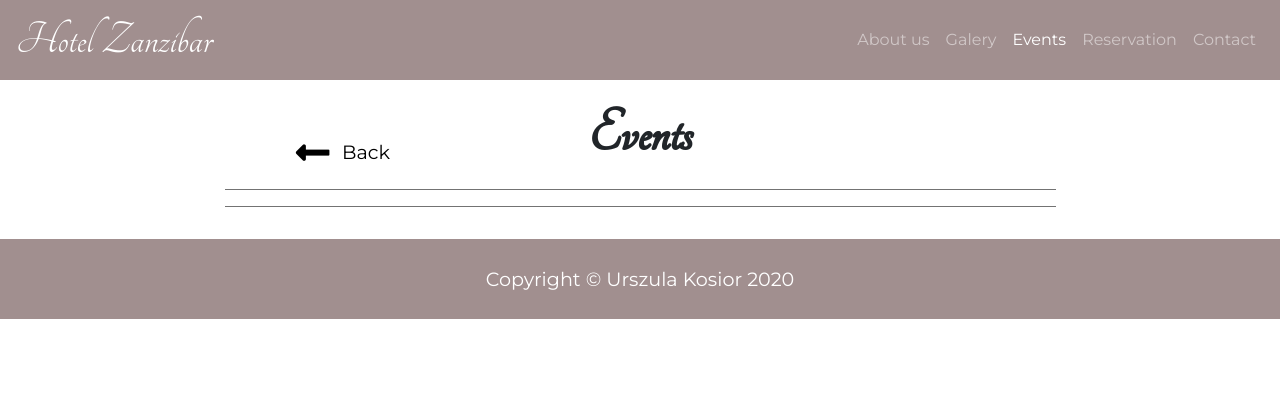
Repository: Ulaa93/Hotel-Zanzibar
Page: events.html
An editor plug-in stored every save of this project. The page is shown before and after the next save, followed by the edit.
The browser window is 1280 px wide. The pictures show the whole page.

Above is the page before, as saved 2020-01-28 15:54:28.

### events.html
<!DOCTYPE html>
<html lang="en">
  <head>
    <meta charset="UTF-8" />
    <meta name="viewport" content="width=device-width, initial-scale=1.0" />
    <meta http-equiv="X-UA-Compatible" content="ie=edge" />
    <title>Hotel Zanzibar</title>
    <link rel="icon" href="./ikona.ico" />

    <link
      href="https://fonts.googleapis.com/css?family=Montserrat|Tangerine&display=swap"
      rel="stylesheet"
    />
    <link href="./fontawesome-free-5.12.0-web/css/all.css" rel="stylesheet"> <!--load all styles -->

    <link
      rel="stylesheet"
      href="https://stackpath.bootstrapcdn.com/bootstrap/4.4.1/css/bootstrap.min.css"
      integrity="sha384-Vkoo8x4CGsO3+Hhxv8T/Q5PaXtkKtu6ug5TOeNV6gBiFeWPGFN9MuhOf23Q9Ifjh"
      crossorigin="anonymous"
    />
    <link rel="stylesheet" href="style.css" />
    <script src="https://unpkg.com/scrollreveal"></script>

  </head>
  <body>
    <nav class="navbar sticky-top navbar-expand-lg navbar-dark">
        <a class="navbar-brand hotel-zanzibar" href="./index.html">Hotel Zanzibar</a>
        <button
          class="navbar-toggler"
          type="button"
          data-toggle="collapse"
          data-target="#navbarNavDropdown"
          aria-controls="navbarNavDropdown"
          aria-expanded="false"
          aria-label="Toggle navigation"
        >
          <span class="navbar-toggler-icon"></span>
        </button>
        <div
          class="collapse navbar-collapse w-100 order-3 dual-collapse2"
          id="navbarNavDropdown"
        >
          <ul class="navbar-nav ml-auto">
            <li class="nav-item ">
              <a class="nav-link" href="./about-us.html">About us </a>
            </li>
            <li class="nav-item">
              <a class="nav-link" href="./galery.html">Galery</a>
            </li>
            <li class="nav-item active">
              <a class="nav-link" href="./events.html">Events</a>
            </li>
            <li class="nav-item">
                <a class="nav-link" href="./reservation.html">Reservation</a>
            </li>
            <li class="nav-item">
              <a class="nav-link" href="./contact.html">Contact</a>
            </li>
          </ul>
        </div>
      </nav>


<div class="back">
    <a href="./index.html"><i class="fas fa-long-arrow-alt-left"></i> Back</a>
   </div>
    <section class="container p-3">
      <h2>Events</h2>
      <hr />
      <hr />


    </section>
    <footer>
        <div>Copyright &copy; Urszula Kosior 2020</div>
      </footer>

    <script
      src="https://code.jquery.com/jquery-3.4.1.slim.min.js"
      integrity="sha384-J6qa4849blE2+poT4WnyKhv5vZF5SrPo0iEjwBvKU7imGFAV0wwj1yYfoRSJoZ+n"
      crossorigin="anonymous"
    ></script>
    <script
      src="https://cdn.jsdelivr.net/npm/popper.js@1.16.0/dist/umd/popper.min.js"
      integrity="sha384-Q6E9RHvbIyZFJoft+2mJbHaEWldlvI9IOYy5n3zV9zzTtmI3UksdQRVvoxMfooAo"
      crossorigin="anonymous"
    ></script>
    <script
      src="https://stackpath.bootstrapcdn.com/bootstrap/4.4.1/js/bootstrap.min.js"
      integrity="sha384-wfSDF2E50Y2D1uUdj0O3uMBJnjuUD4Ih7YwaYd1iqfktj0Uod8GCExl3Og8ifwB6"
      crossorigin="anonymous"
    ></script>
  </body>
</html>

### style.css
* {
  padding: 0;
  margin: 0;
  font-family: 'Montserrat', sans-serif;
}

.navbar {
  height: 80px;
  background-color: rgba(124, 98, 98, 0.712);
}
/* .navbar a{
    color:black;
} */
.hotel-zanzibar {
  font-size: 3em;
  font-family: 'Tangerine', cursive;
}

.hotel-main {
  background-image: url(./img/rooms/hotel-room-1447201_1920.jpg);
  width: 100%;
  height: 80vh;
  background-size: cover;
  background-position: center;
  display: flex;
  flex-direction: column;
  /* justify-content: center; */
  /* align-items: flex-start; */
  padding: 200px 0;
  /* color: white; */
  /* line-height: 400%; */
  margin-bottom: 48px;
}

.welcome {
  background-color: rgba(255, 255, 255, 0.555);
  padding: 3em;
  text-align: center;
}
.welcome span {
  font-size: 3em;
  font-family: 'Tangerine', cursive;
}
.welcome h1 {
  font-size: 5em;
  font-family: 'Tangerine', cursive;
  font-weight: 600;
}

h2 {
  text-align: center;
  font-size: 4em;
  font-weight: 600;
  font-family: 'Tangerine', cursive;
}
section p {
  font-size: 1.2em;
  line-height: 2em;
}

section p::first-letter {
  font-size:4em;
  font-weight: 600;
  font-family: 'Tangerine', cursive;
}

hr {
margin:16px auto;
 width: 75%;
 background-color:gray;

}
/* .galery .carousel-inner {
  /* background-size: contain; */
  /* height: 55vh; */
  /* min-height: 400px; */
  /* overflow: hidden; */
  /* background-position: center; */


  .back i{
    font-size: 2em;
    margin: 0 0.2em;
    vertical-align: middle;

}
.back{
    font-size: 1.2em;
    vertical-align: middle;
position: absolute;
top:7em;
left:15em;
}
.back a{
    color: black;
    text-decoration: none;
}

footer{
 text-align: center;
 color: white;
  background-color: rgba(124, 98, 98, 0.712);
height: 80px;
line-height: 80px;
font-size: 1.2em;;
}


.contact .row{
  align-items: center;
}
.contact i{
  margin-right: 1em;
  animation: shake 1s;
  animation-iteration-count: infinite;
}


.contact-info{
  height: 340px;
  display: flex;
  flex-direction: column;
  justify-items: center;
  align-items: center;
}
.contact-info div{
  transition: 0.5s;

}
.contact-info div:hover{
transform: scale(1.1);
}

@keyframes shake {
  0% { transform:  scale(1); }
  50% { transform:  scale(1.5); }
  100% { transform:  scale(1); }
}


h3{text-align: center;}

Loaded but not shown: fontawesome-free-5.12.0-web/css/all.css (library)

After the next save:
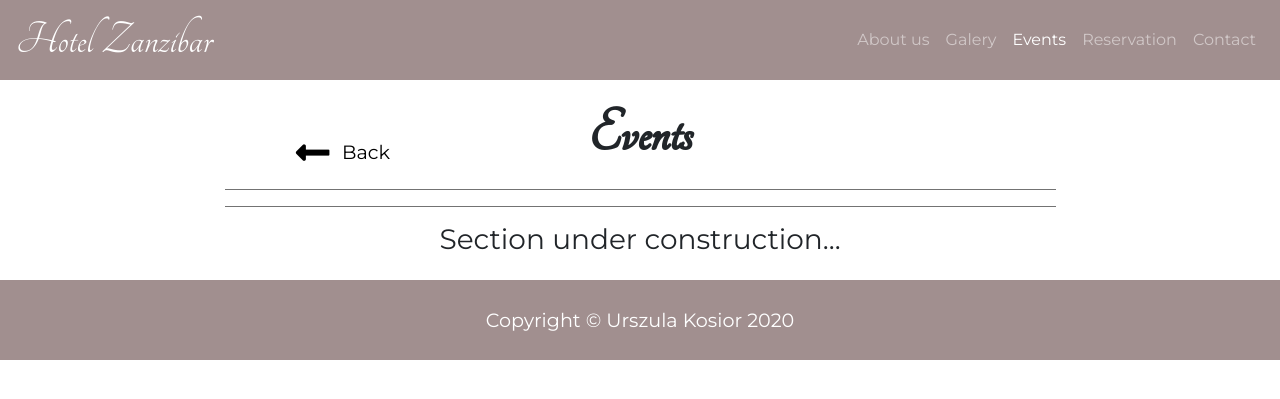
Saved 24 s later.
--- a/events.html
+++ b/events.html
@@ -69,6 +69,7 @@
       <h2>Events</h2>
       <hr />
       <hr />
+      <h3>Section under construction...</h3>
 
 
     </section>
